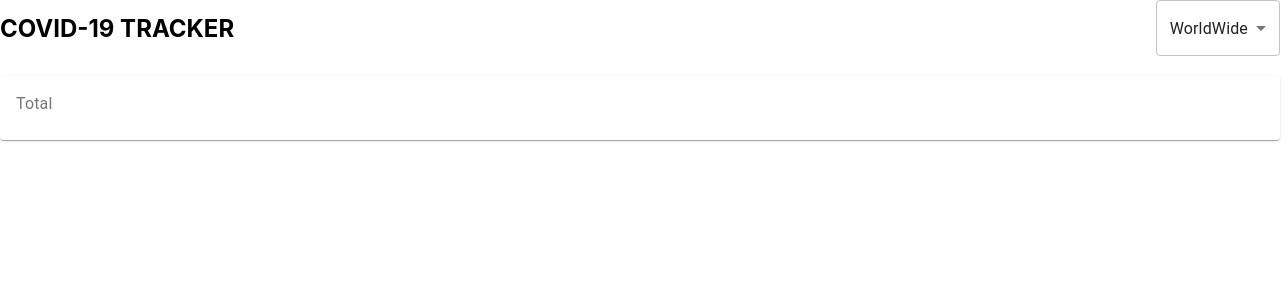
Repository: exiled-kal/2OnProcess
Page: /
An editor plug-in stored every save of this project. The page is shown before and after a run of saves, followed by the edit.
The browser window is 1280 px wide. The page is 1288 px wide, so the pictures cover 1288 px, including what lies to the right of the window. The pictures show the whole page.
The page's requests for data from a server got no answer. The project was rebuilt for these pictures with package versions that can differ from the ones it lists, and the page was loaded fresh each time. No one was signed in, and anything a server would have sent is missing.

Above is the page before, as saved 2020-08-17 15:40:56.

### src/index.css


body {
  margin: 0;
  font-family: -apple-system, BlinkMacSystemFont, 'Segoe UI', 'Roboto', 'Oxygen',
    'Ubuntu', 'Cantarell', 'Fira Sans', 'Droid Sans', 'Helvetica Neue',
    sans-serif;
  -webkit-font-smoothing: antialiased;
  -moz-osx-font-smoothing: grayscale;
}

code {
  font-family: source-code-pro, Menlo, Monaco, Consolas, 'Courier New',
    monospace;
}

### src/App.js
import React, {useState, useEffect} from 'react';
import './App.css';
import {FormControl, Select, MenuItem} from '@material-ui/core';
import InfoBox from './InfoBox';

function App() {
  const [countries, setCountries] = useState([]);
  const [country, setCountry] = useState('worldwide');

  // https://disease.sh/v3/covid-19/countries

  useEffect(() => {
    const getCountriesData = async () => {
      await fetch('https://disease.sh/v3/covid-19/countries')
        .then((response) => response.json())
        .then((data) => {
          const countries = data.map((country) => ({
            name: country.country, //United States, United Kingdom
            value: country.countryInfo.iso2, // UK, USA
          }));
          setCountries(countries);
        });
    };
    getCountriesData();
  }, []);

  const onCountryChange = async (e) => {
    const countryCode = e.target.value;

    setCountry(countryCode);
  };

  return (
    <div className="app">
      <div className="app__header">
        <h2>COVID-19 TRACKER</h2>
        <FormControl className="app__dropdown">
          <Select variant="outlined" onChange={onCountryChange} value={country}>
            <MenuItem value="worldwide">WorldWide</MenuItem>
            {countries.map((country) => (
              <MenuItem value={country.value}>{country.name}</MenuItem>
            ))}
          </Select>
        </FormControl>
      </div>

      <div className="app__stats">
      <InfoBox title/>
        {/* Infoboxs title="Coronavirus cases"*/}
        {/* Infoboxs title="Coronavirus recoveries"*/}
      </div>

      {/* Table */}
      {/* Graph */}

      {/* Map */}
    </div>
  );
}

export default App;

### src/App.css
* {
  margin: 0;
}

.app__header {
  display: flex;
  align-items: center;
  margin-bottom: 20px;
  justify-content: space-between;

}

### src/InfoBox.js
import React from 'react';
import {Card, CardContent, Typography} from '@material-ui/core';

function InfoBox({title, cases, total}) {
  return (
    <Card className="infoBox">
      <CardContent>
        {/* Title ie. Coronavirus cases */}
        <Typography className="infoBox__title" color="textSecondary">
          {title}
        </Typography>

        {/* +120k Number of cases */}
        <h2 className="infoBox__cases">{cases}</h2>

        {/* 1.2M Total */}
        <Typography className="infoBox__total" color="textSecondary">
          {total} Total
        </Typography>
      </CardContent>
    </Card>
  );
}

export default InfoBox;

Loaded but not shown: public/index.html (common file); src/index.js (common file); src/serviceWorker.js (common file)

After the next 4 saves:
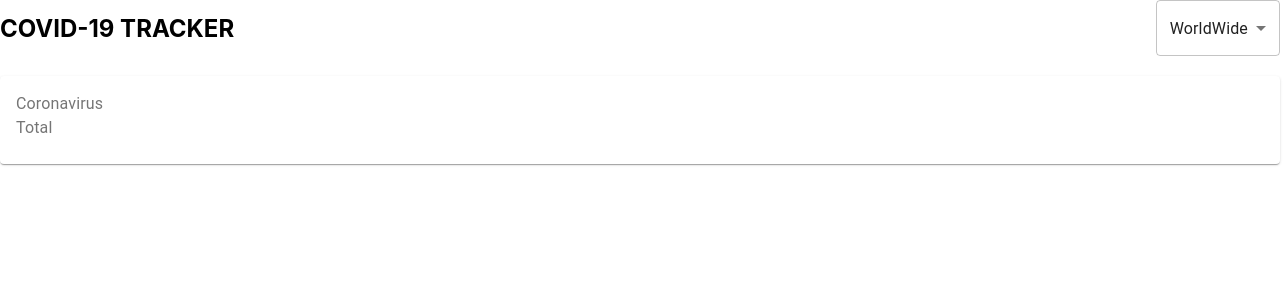
The 4 saves are shown as one change because they came seconds apart.
The last was saved 14 s later.
--- a/src/App.js
+++ b/src/App.js
@@ -45,7 +45,7 @@ function App() {
       </div>
 
       <div className="app__stats">
-      <InfoBox title/>
+      <InfoBox title="Coronavirus"/>
         {/* Infoboxs title="Coronavirus cases"*/}
         {/* Infoboxs title="Coronavirus recoveries"*/}
       </div>
